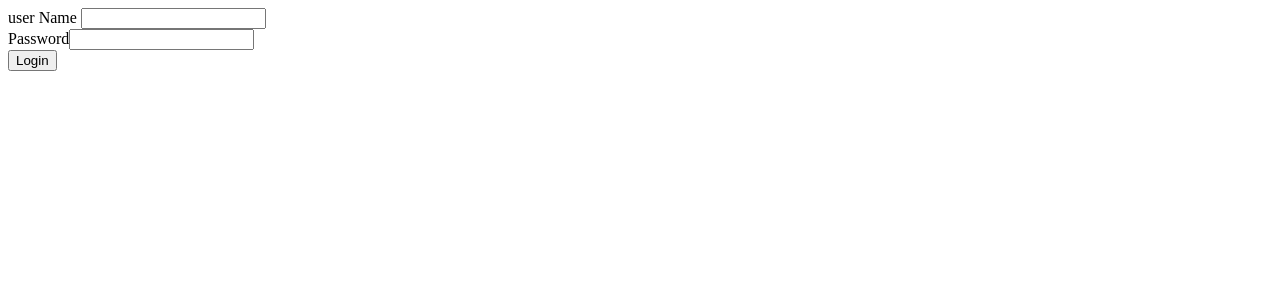
Repository: samidisjg/Login-Demo-Java-Servlet
Page: http://localhost/CustomerDemo/login.jsp
The author's editor kept a copy of each file at every save. The page is drawn from the files as they stood at one save, then again after the next save.
The browser window is 1280 px wide. The pictures show the whole page.
The page is served by Tomcat 9.

Above is the page before, as saved 2023-07-25 16:17:02.

After the next save:
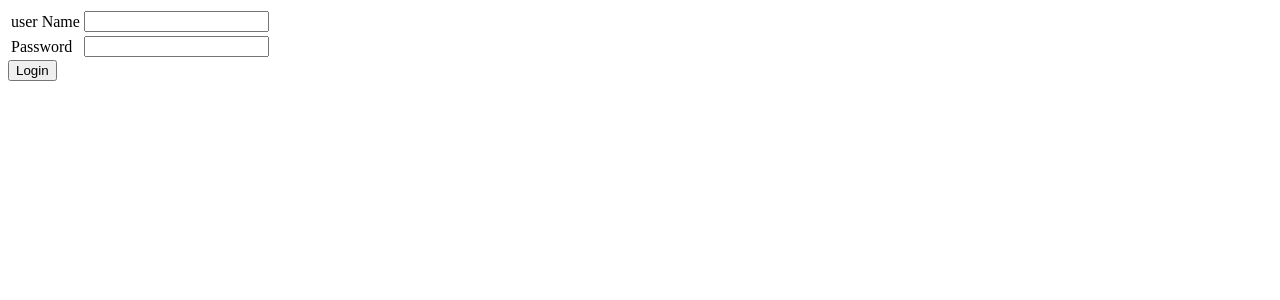
Saved 94 min 31 s later.
--- a/java servlet/CustomerDemo/src/main/webapp/login.jsp
+++ b/java servlet/CustomerDemo/src/main/webapp/login.jsp
@@ -9,11 +9,18 @@
 <body>
 
 <form action ="log" method = "POST">
+<table>
+	<tr>
 
-user Name <input type = "text" name="uid"><br>
-Password<input type = "password" name="pass"><br>
-
-<input type = "submit" name="submit" value = "Login"><br>
+<td>user Name</td>
+<td><input type = "text" name="uid"></td>
+	</tr>
+	<tr>
+<td>Password</td>
+<td><input type = "password" name="pass"></td>
+	</tr>
+</table>
+<input type = "submit" name="submit" value = "Login">
 
 
 </form>
